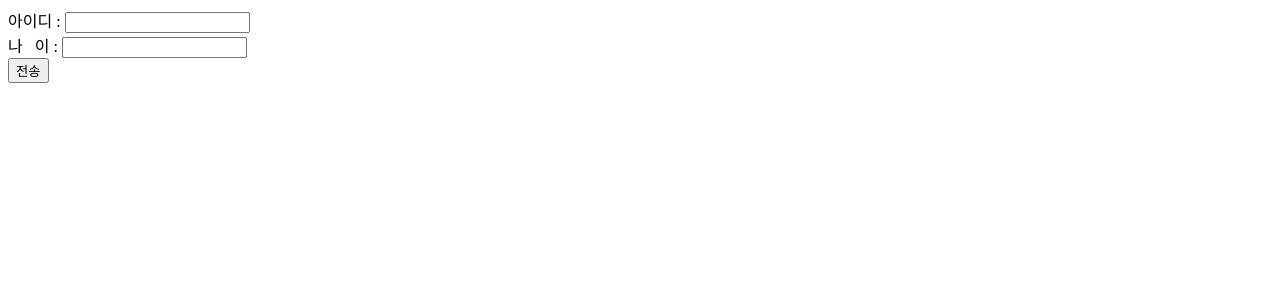
Repository: itrecipe/Web_ez
Page: http://localhost/jspCh02/05_param.jsp
The author's editor kept a copy of each file at every save. The page is drawn from the files as they stood at one save, then again after the next save.
The browser window is 1280 px wide. The pictures show the whole page.
The page is served by Tomcat 9. Other server files are loaded and not shown.

Above is the page before, as saved 2023-03-28 01:48:34.

### jspCh02/src/main/webapp/05_param.jsp
<%@ page language="java" contentType="text/html; charset=UTF-8"
    pageEncoding="UTF-8"%>
<!DOCTYPE html>
<html>
<head>
<meta charset="UTF-8">
<title>05_param</title>
<script type="text/javascript" src="js/param.js"></script>
</head>
<body>
<form method="get" action="ps" name="frm">
아이디 : <input type="text" name="id"/><br/>
나 &nbsp; 이 : <input type="text" name="age"/><br/>
<input type="submit" value="전송" onclick="return check()"/>
<!-- > submit에 onclick을 사용하면 onclick이 우선 이므로 submit은 취소된다.
	 > 함수 반환값이 false이면 onclick작업을 초기화 한다.
-->
</form>
</body>
</html>

### jspCh02/src/main/webapp/js/param.js
/** 작성일 : 2023/03/28
*/
function check() {
	//name속성을 이용해 DOM을 선택시 document.name속성값, name속성값(계층에 따라 사용한다.)
	if(document.frm.id.value == "") { //value는 입력 값 속성
		alert("아이디를 입력");
		document.frm.id.focus(); //focus 속성을 주기
		return false;
	} else if (document.frm.age.value == "") {
		alert("나이를 입력")
		document.frm.age.focus();
		return false;
	} else if(isNaN(document.frm.age.value)) {
		alert("숫자로 입력해라");
		document.frm.age.focus();
		return false;
	} else {
		return true;
	}
}

After the next save:
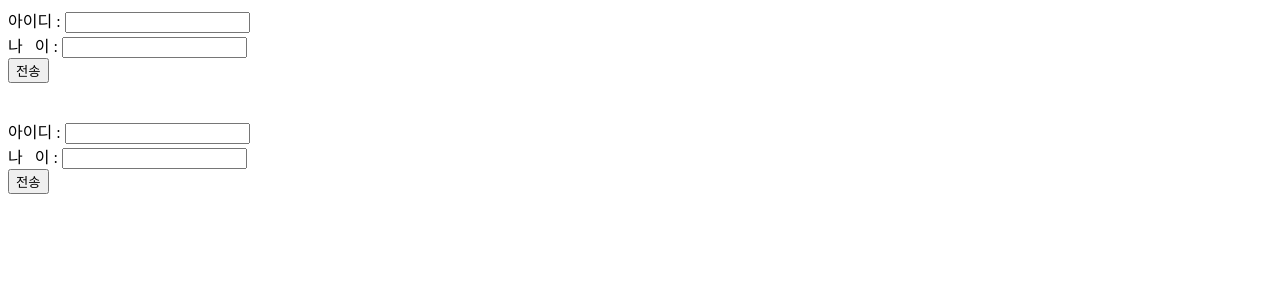
Saved 15 min 44 s later.
--- a/jspCh02/src/main/webapp/05_param.jsp
+++ b/jspCh02/src/main/webapp/05_param.jsp
@@ -16,5 +16,14 @@
 	 > 함수 반환값이 false이면 onclick작업을 초기화 한다.
 -->
 </form>
+<br/><br/>
+<form method="get" action="ps" name="frm">
+아이디 : <input type="text" name="id"/><br/>
+나 &nbsp; 이 : <input type="text" name="age"/><br/>
+<input type="submit" value="전송" onclick="return check()"/>
+<!-- > submit에 onclick을 사용하면 onclick이 우선 이므로 submit은 취소된다.
+	 > 함수 반환값이 false이면 onclick작업을 초기화 한다.
+-->
+</form>
 </body>
 </html>
